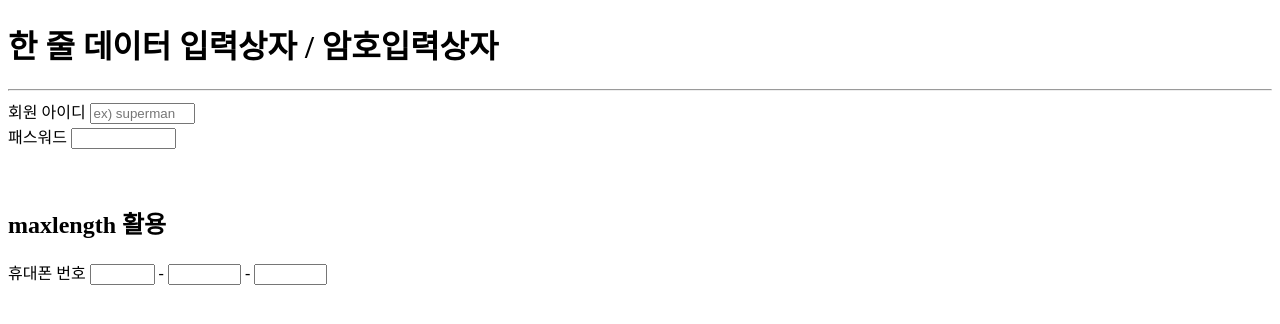
Repository: jp0301/WebStudy
Page: WebApp01/WebContent/Test020.html
The author's editor kept a copy of each file at every save. The page is drawn from the files as they stood at one save, then again after the next save.
The browser window is 1280 px wide. The pictures show the whole page.

Above is the page before, as saved 2022-09-27 05:38:39.

### WebApp01/WebContent/Test020.html
<!DOCTYPE html>
<html>
<head>
<meta charset="UTF-8">
<title>Test020.html</title>
</head>
<body>

	<div>
		<h1>한 줄 데이터 입력상자 / 암호입력상자</h1>
		<hr>
	</div>

	<div>
		<form>
			회원 아이디 <input type="text" name="name" size="10"
			maxlength="8" placeholder="ex) superman">
			<br>
			패스워드 <input type="password" name="pwd" size="10"
			maxlength="10">
			<br>
		</form>
	</div>
	<br><br>


	<div>
		<h2>maxlength 활용</h2>
		<form>
			휴대폰 번호 <input type="text" name="phone1" size="5" maxlength="3">
			-
			<input type="text" name="phone2" size="6" maxlength="4">
			-
			<input type="text" name="phone2" size="6" maxlength="4">
		</form>
	</div>

</body>
</html>

After the next save:
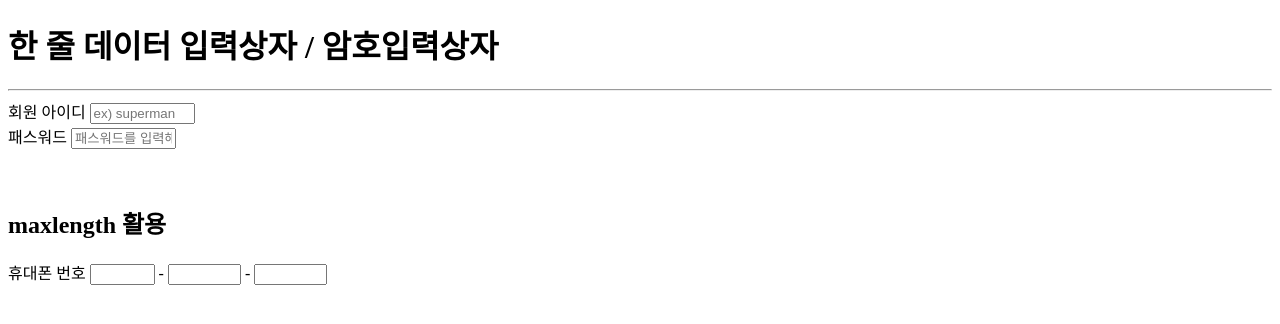
Saved 113 s later.
--- a/WebApp01/WebContent/Test020.html
+++ b/WebApp01/WebContent/Test020.html
@@ -17,7 +17,7 @@
 			maxlength="8" placeholder="ex) superman">
 			<br>
 			패스워드 <input type="password" name="pwd" size="10"
-			maxlength="10">
+			maxlength="10" placeholder="패스워드를 입력해주세요">
 			<br>
 		</form>
 	</div>
